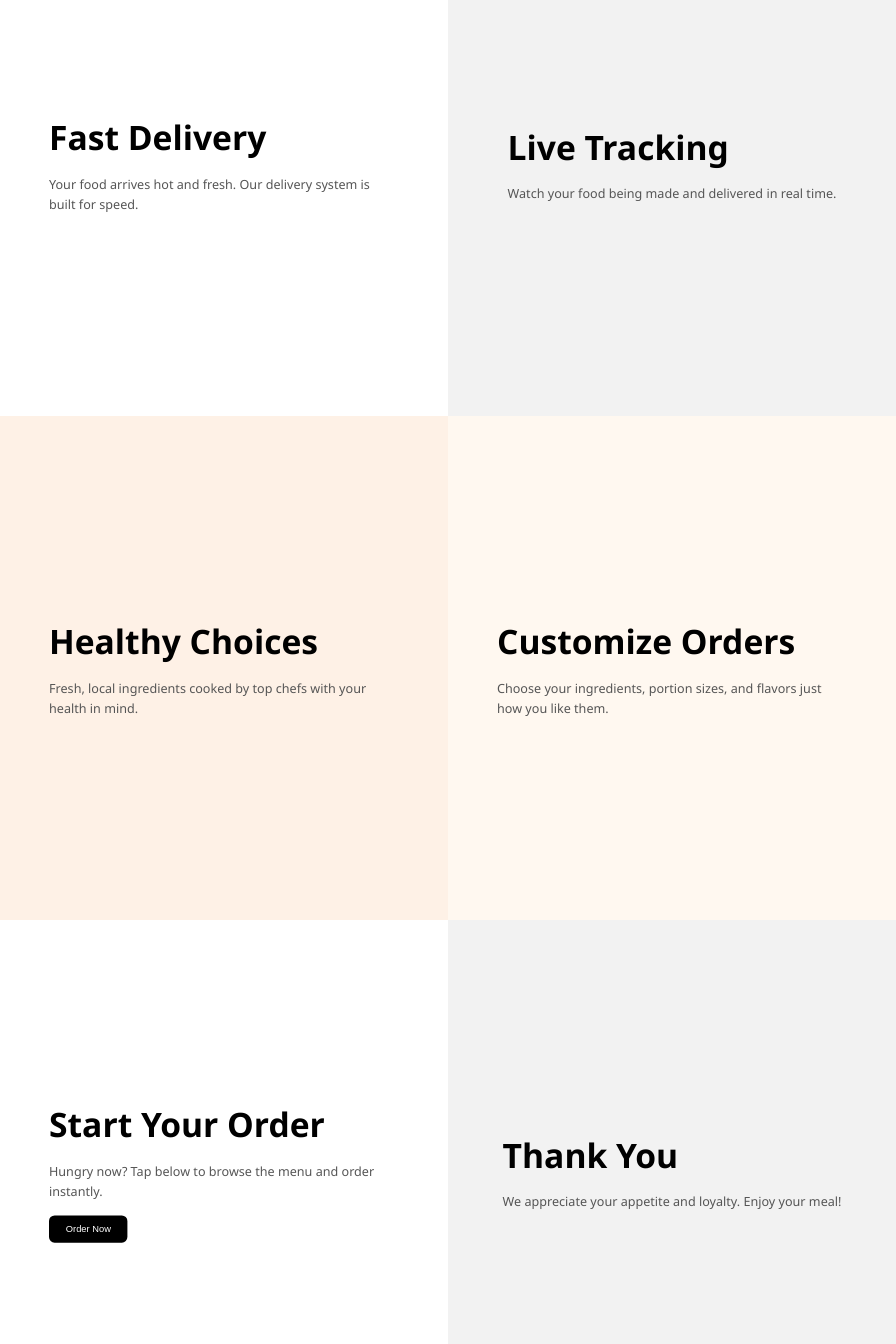
Repository: Rupeswarbhainsa777/Food-Web-App
Page: TapFoodApp/src/main/webapp/landing.html
An editor plug-in stored every save of this project. The page is shown before and after the next save, followed by the edit.
The browser window is 1280 px wide. The pictures show the part of the page from y = 845 to 2765 px (the page is 2880 px tall), at 70% of full size.

Above is the page before, as saved 2025-05-01 18:37:56.

### TapFoodApp/src/main/webapp/landing.html
<!DOCTYPE html>
<html lang="en">
<head>
  <meta charset="UTF-8" />
  <meta name="viewport" content="width=device-width, initial-scale=1" />
  <title>4-Section Landing Page</title>
  <style>
    * {
      box-sizing: border-box;
      margin: 0;
      padding: 0;
    }

    body {
      font-family: 'Segoe UI', sans-serif;
      overflow-x: hidden;
    }

    section {
      display: flex;
      height: 100vh;
      width: 100%;
    }

    .left, .right {
      flex: 1;
      display: flex;
      align-items: center;
      justify-content: center;
      padding: 40px;
    }

    .left {
      background: #fff;
    }

    .right {
      background: #f2f2f2;
    }

    .content {
      max-width: 500px;
    }

    .content h1 {
      font-size: 48px;
      margin-bottom: 20px;
    }

    .content p {
      font-size: 18px;
      line-height: 1.6;
      color: #555;
    }

    .content button {
      margin-top: 20px;
      padding: 12px 24px;
      background: black;
      color: white;
      border: none;
      border-radius: 8px;
      cursor: pointer;
      transition: background 0.3s ease;
    }

    .content button:hover {
      background: #333;
    }

    .section:nth-child(even) .left {
      background: #fef1e6;
    }

    .section:nth-child(even) .right {
      background: #fff8f0;
    }

    @media (max-width: 768px) {
      section {
        flex-direction: column;
      }

      .left, .right {
        height: 50vh;
      }

      .content h1 {
        font-size: 32px;
      }

      .content p {
        font-size: 16px;
      }
    }

    #bee_model {
      position: fixed;
      width: 100%;
      height: 100%;
      pointer-events: none;
      z-index: 100;
      transition: transform 1s ease-out;
    }
  </style>
</head>
<body>

  <!-- 3D Bee Model with ID for JavaScript manipulation -->
  <model-viewer
    src="sarah_terra_battle_2.glb"
    id="bee_model">
  </model-viewer>

  <!-- Content Sections -->
  <section class="section">
    <div class="left">
      <div class="content">
        <h1>Welcome to Foodies</h1>
        <p>Explore the best meals around you. Quick, tasty, and affordable.</p>
        <button>Get Started</button>
      </div>
    </div>
    <div class="right">
      <div class="content">
        <h1>3D Feel</h1>
        <p>Enjoy a visual food experience like never before.</p>
      </div>
    </div>
  </section>

  <section class="section">
    <div class="left">
      <div class="content">
        <h1>Fast Delivery</h1>
        <p>Your food arrives hot and fresh. Our delivery system is built for speed.</p>
      </div>
    </div>
    <div class="right">
      <div class="content">
        <h1>Live Tracking</h1>
        <p>Watch your food being made and delivered in real time.</p>
      </div>
    </div>
  </section>

  <section class="section">
    <div class="left">
      <div class="content">
        <h1>Healthy Choices</h1>
        <p>Fresh, local ingredients cooked by top chefs with your health in mind.</p>
      </div>
    </div>
    <div class="right">
      <div class="content">
        <h1>Customize Orders</h1>
        <p>Choose your ingredients, portion sizes, and flavors just how you like them.</p>
      </div>
    </div>
  </section>

  <section class="section">
    <div class="left">
      <div class="content">
        <h1>Start Your Order</h1>
        <p>Hungry now? Tap below to browse the menu and order instantly.</p>
        <button onclick="location.href='Menu.jsp'">Order Now</button>
      </div>
    </div>
    <div class="right">
      <div class="content">
        <h1>Thank You</h1>
        <p>We appreciate your appetite and loyalty. Enjoy your meal!</p>
      </div>
    </div>
  </section>

  <!-- JavaScript: Scroll-based Model Movement & Camera Orbit -->
  <script>
    const beemodel = document.getElementById("bee_model");
    const sections = Array.from(document.querySelectorAll("section"));

    const shiftPosition = [0, -20, 0, 25];  // X-axis shifts
    const cameraOrbit = [
      [45, 90],    // Section 0
      [-35, 90],   // Section 1
      [90, 90],   // Section 2
      [45, 90]     // Section 3
    ];

    const sectionOffsets = sections.map(section => section.offsetTop);
    const lastSectionIndex = sections.length - 1;

    const interpolate = (start, end, progress) =>
      start + (end - start) * progress;

    const getScrollProgress = scrollY => {
      for (let i = 0; i < lastSectionIndex; i++) {
        if (scrollY >= sectionOffsets[i] && scrollY < sectionOffsets[i + 1]) {
          return i + ((scrollY - sectionOffsets[i]) / (sectionOffsets[i + 1] - sectionOffsets[i]));
        }
      }
      return lastSectionIndex;
    };

    window.addEventListener("scroll", () => {
      const scrollProgress = getScrollProgress(window.scrollY);
      const sectionIndex = Math.floor(scrollProgress);
      const sectionProgress = scrollProgress - sectionIndex;

      const currentShift = interpolate(
        shiftPosition[sectionIndex],
        shiftPosition[sectionIndex + 1] ?? shiftPosition[sectionIndex],
        sectionProgress
      );

      const currentOrbit = cameraOrbit[sectionIndex].map((val, i) =>
        interpolate(val, cameraOrbit[sectionIndex + 1]?.[i] ?? val, sectionProgress)
      );

      beemodel.style.transform = `translateX(${currentShift}%)`;
      beemodel.setAttribute("camera-orbit", `${currentOrbit[0]}deg ${currentOrbit[1]}deg`);
    });
  </script>

  <!-- Model Viewer Library -->
  <script type="module" src="https://ajax.googleapis.com/ajax/libs/model-viewer/4.0.0/model-viewer.min.js"></script>
</body>
</html>

After the next save:
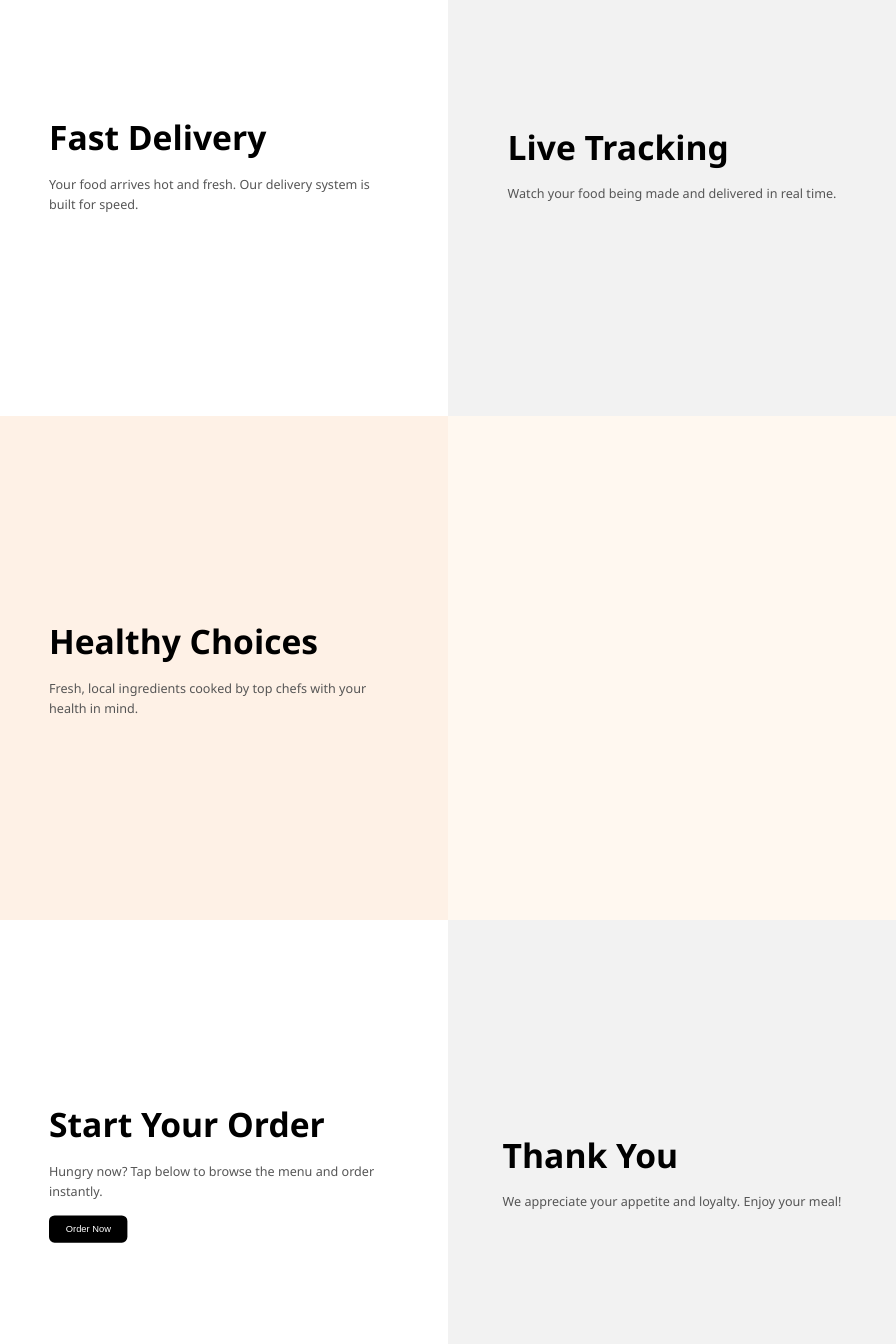
Saved 101 s later.
--- a/TapFoodApp/src/main/webapp/landing.html
+++ b/TapFoodApp/src/main/webapp/landing.html
@@ -153,9 +153,9 @@
     </div>
     <div class="right">
       <div class="content">
-        <h1>Customize Orders</h1>
-        <p>Choose your ingredients, portion sizes, and flavors just how you like them.</p>
-      </div>
+
+
+
     </div>
   </section>
 
